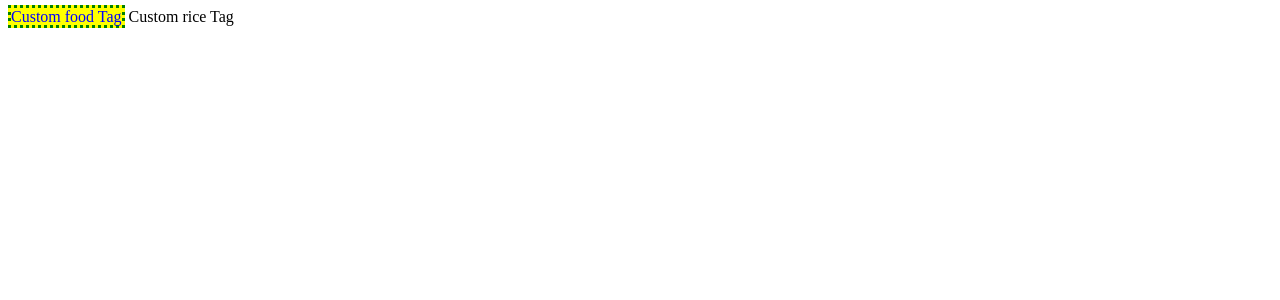
Repository: soso1525/bitcamp
Page: workspace/java-web/src/main/webapp/ch2/2-12.html
The author's editor kept a copy of each file at every save. The page is drawn from the files as they stood at one save, then again after the next save.
The browser window is 1280 px wide. The pictures show the whole page.

Above is the page before, as saved 2017-12-12 05:36:56.

### workspace/java-web/src/main/webapp/ch2/2-12.html
<!DOCTYPE html>
<html>
<head>
<title>HTML TEXT Basic Page</title>
<style>
food {
	background-color: yellow;
	color: blue;
	border: 3px dotted green;
}
</style>
</head>
<body>
	<food>Custom food Tag</food>
	<rice>Custom rice Tag</rice>
</body>
</html>

After the next save:
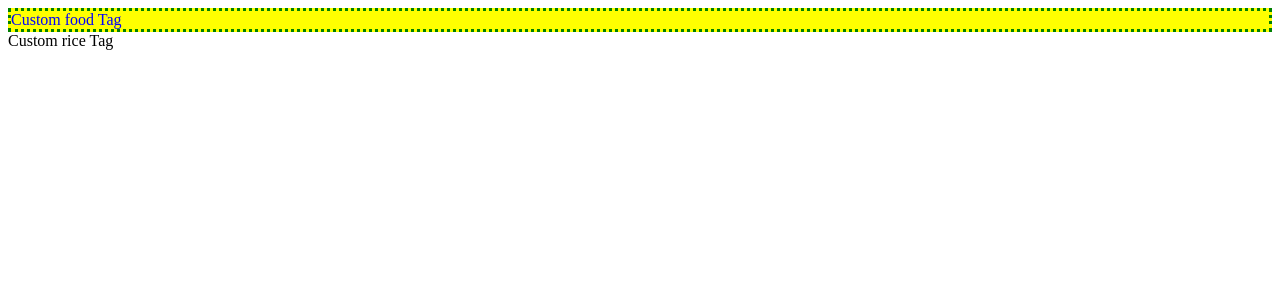
Saved 13 s later.
--- a/workspace/java-web/src/main/webapp/ch2/2-12.html
+++ b/workspace/java-web/src/main/webapp/ch2/2-12.html
@@ -4,6 +4,7 @@
 <title>HTML TEXT Basic Page</title>
 <style>
 food {
+display: block;
 	background-color: yellow;
 	color: blue;
 	border: 3px dotted green;
